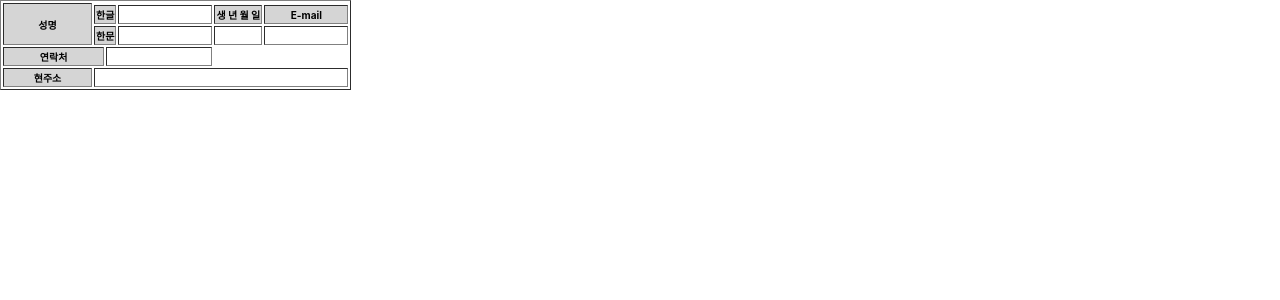
Repository: jiyeonyun/Resume
Page: / (app in resumes/)
An editor plug-in stored every save of this project. The page is shown before and after the next save, followed by the edit.
The browser window is 1280 px wide. The pictures show the whole page.
The project was rebuilt for these pictures with package versions that can differ from the ones it lists, and the page was loaded fresh each time. Also part of the build but not shown: resumes/src/data/edudata.js, resumes/src/components/educationalHIstory/educational.jsx, resumes/src/components/footer/footer.jsx.

Above is the page before, as saved 2022-05-25 15:29:13.

### resumes/src/App.jsx
import { useState } from "react";
import styles from "./App.module.css";
import Educational from "./components/educationalHIstory/educational";
import Footer from "./components/footer/footer";
import PersonalInfo from "./components/personalInfo/personalInfo";
function App() {
  const [personalInfoData, setPersonalInfoData] = useState({
    name: "홍길동",
    birth: "1998-03-18",
    adress: "서울특별시 영등포구",
    email: "jyyun@zentropy.com",
    number: "010-2055-7663",
  });
  return (
    <div className="App">
      <PersonalInfo />
    </div>
  );
}

export default App;

### resumes/src/App.module.css
* {
  font-size: 10px;
}

### resumes/src/components/personalInfo/personalInfo.jsx
import React from "react";

const PersonalInfo = ({ personalInfoData }) => {
  return (
    <table border="1">
      <tr>
        <th rowSpan="3" width="85" height="30" bgcolor="D5D5D5">
          성명
        </th>
      </tr>
      <tr>
        <th colSpan="2" bgcolor="D5D5D5">
          한글
        </th>
        <td width="90"></td>
        <th bgcolor="D5D5D5">생 년 월 일</th>
        <th colSpan="2" width="80" bgcolor="D5D5D5">
          E-mail
        </th>
      </tr>

      <tr>
        <th colSpan="2" bgcolor="D5D5D5">
          한문
        </th>
        <td></td>
        <td></td>
        <td colSpan="2"></td>
      </tr>
      <tr>
        <th colSpan="2" width="50" bgcolor="D5D5D5">
          연락처
        </th>
        <td colSpan="2"></td>
      </tr>
      <tr>
        <th bgcolor="D5D5D5">현주소</th>
        <td colSpan="8"></td>
      </tr>
    </table>
  );
};

export default PersonalInfo;

Loaded but not shown: resumes/public/index.html (common file); resumes/src/index.js (common file); resumes/src/index.css (common file); resumes/src/reportWebVitals.js (common file)

After the next save:
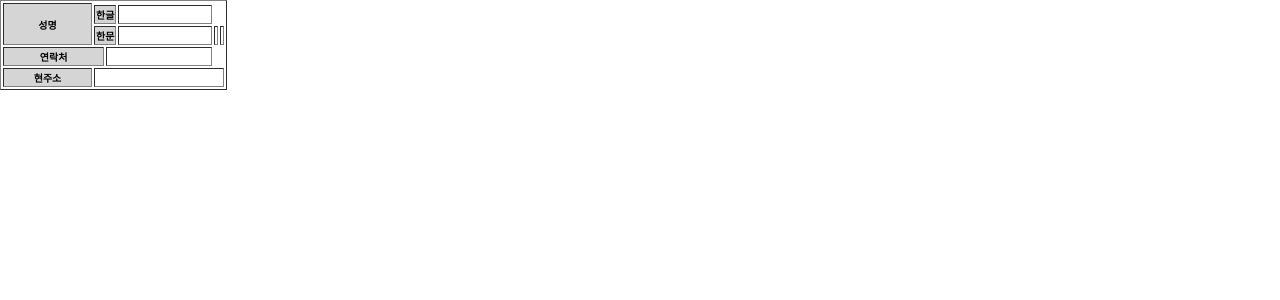
Saved 21 s later.
--- a/resumes/src/components/personalInfo/personalInfo.jsx
+++ b/resumes/src/components/personalInfo/personalInfo.jsx
@@ -13,10 +13,6 @@
           한글
         </th>
         <td width="90"></td>
-        <th bgcolor="D5D5D5">생 년 월 일</th>
-        <th colSpan="2" width="80" bgcolor="D5D5D5">
-          E-mail
-        </th>
       </tr>
 
       <tr>

After the save that followed:
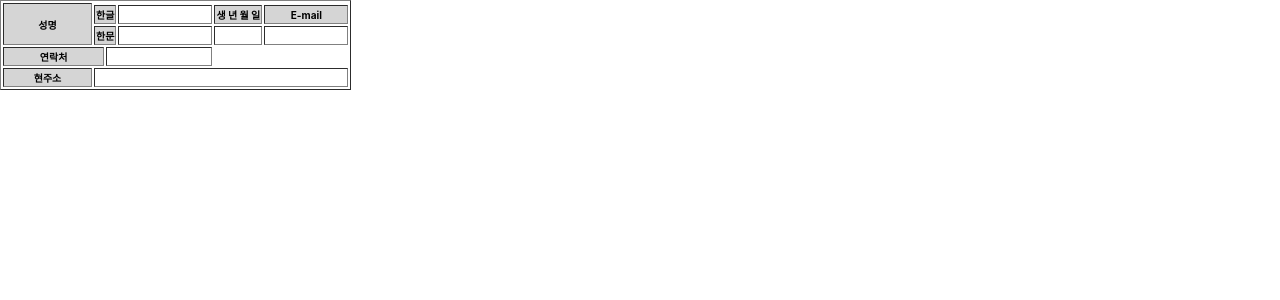
Saved 7 s later.
--- a/resumes/src/components/personalInfo/personalInfo.jsx
+++ b/resumes/src/components/personalInfo/personalInfo.jsx
@@ -13,6 +13,10 @@
           한글
         </th>
         <td width="90"></td>
+        <th bgcolor="D5D5D5">생 년 월 일</th>
+        <th colSpan="2" width="80" bgcolor="D5D5D5">
+          E-mail
+        </th>
       </tr>
 
       <tr>
